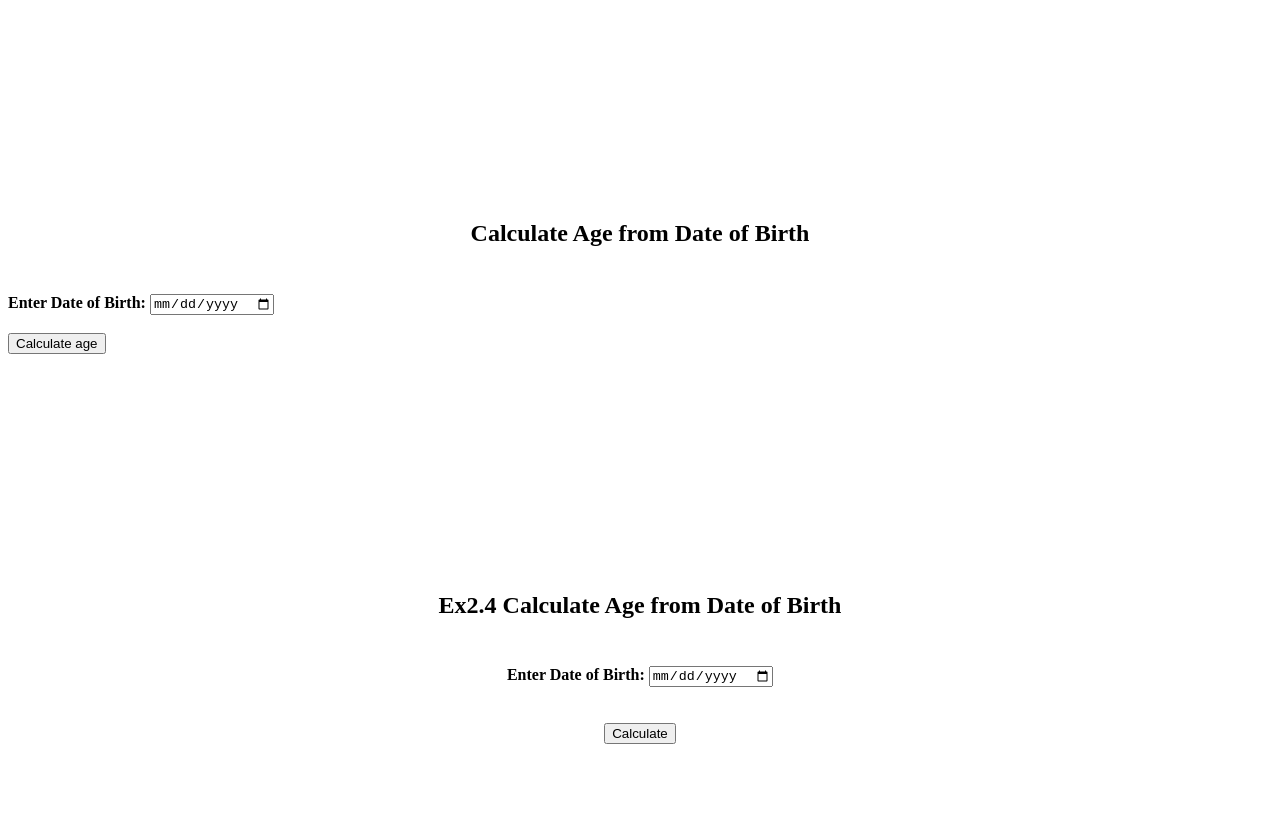
Repository: HoangDuy315/web-dev2022
Page: hw151022/ex2/ex2.4/index.html
An editor plug-in stored every save of this project. The page is shown before and after the next save, followed by the edit.
The browser window is 1280 px wide. The pictures show the whole page.

Above is the page before, as saved 2022-10-15 15:18:59.

### hw151022/ex2/ex2.4/index.html
<!DOCTYPE html>
<html lang="en">
<head>
    <meta charset="UTF-8">
    <meta http-equiv="X-UA-Compatible" content="IE=edge">
    <meta name="viewport" content="width=device-width, initial-scale=1.0">
    <link rel="stylesheet" href="./style.css">
    <title>Document</title>
<head>
    <script>
        function ageCalculator() {
            var userinput = document.getElementById("DOB").value;
            var dob = new Date(userinput);
            if(userinput==null || userinput=='') {
              document.getElementById("message").innerHTML = "**Choose a date please!";
              return false;
            } else {

            //calculate month difference from current date in time
            var month_diff = Date.now() - dob.getTime();

            //convert the calculated difference in date format
            var age_dt = new Date(month_diff);

            //extract year from date
            var year = age_dt.getUTCFullYear();

            //now calculate the age of the user
            var age = Math.abs(year - 1970);

            //display the calculated age
            return document.getElementById("result").innerHTML =
                     "Age is: " + age + " years. ";
            }
        }
        </script>
        </head>
        <body>
        <p class="form">
        <h2 style="color: 32A80F" align="center"> Calculate Age from Date of Birth <br> <br> </h2>

        <!-- Choose a date and enter in input field -->
        <b> Enter Date of Birth: <input type=date id = DOB> </b>
        <span id = "message" style="color:red"> </span> <br><br>

        <!-- Choose a date and enter in input field -->
        <button type="submit" onclick = "ageCalculator()"> Calculate age </button> <br><br>
        <h3 style="color:32A80F" id="result" align="center"></h3>
        </p>
        </body>
</head>
<body>
<div class="form">
<h2>Ex2.4 Calculate Age from Date of Birth <br> <br> </h2>

<!-- Choose a date and enter in input field -->
<b> Enter Date of Birth: <input type=date id = DOB> </b>
<span id = "message" style="color:red"> </span> <br><br>

<!-- Choose a date and enter in input field -->
<button type="submit" onclick = "ageCalculator()"> Calculate </button> <br><br>
<h3></h3>
</div>
</body>
</html>

### hw151022/ex2/ex2.4/style.css
.form {
  display: flex;
  align-items: center;
  justify-content: center;
  flex-direction: column;
  margin-top: 200px;
}

After the next save:
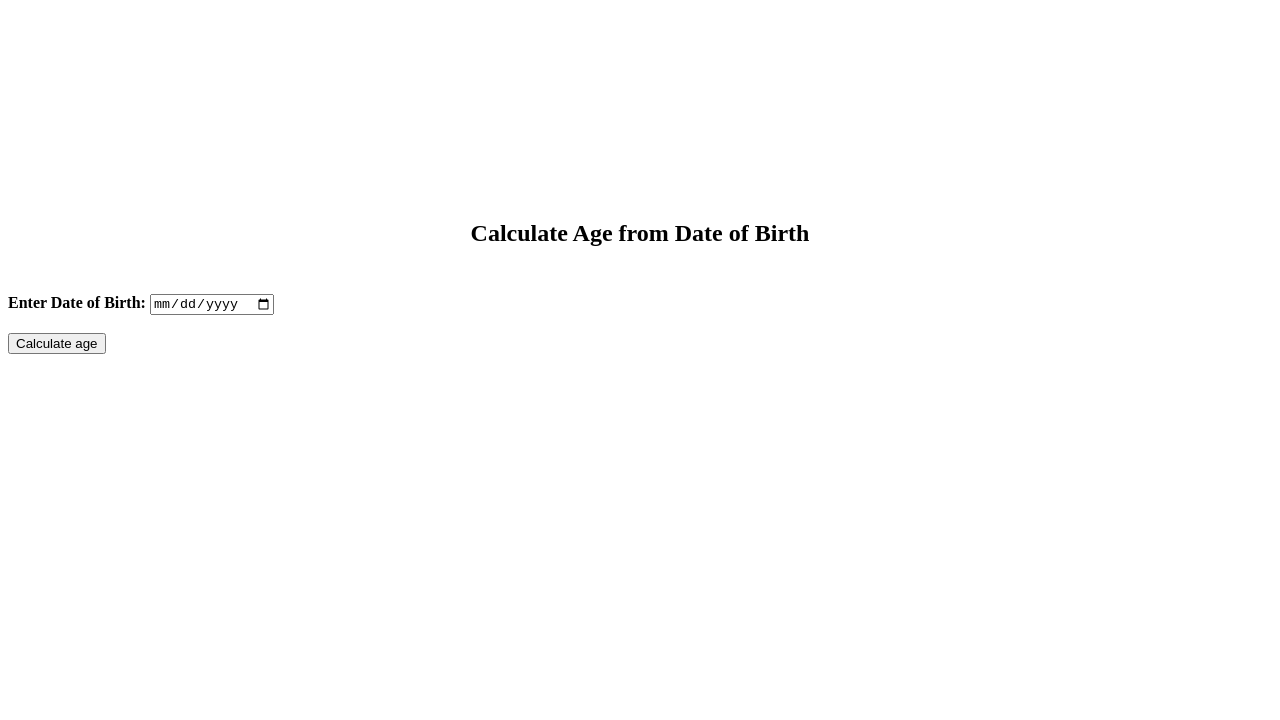
Saved 15 s later.
--- a/hw151022/ex2/ex2.4/index.html
+++ b/hw151022/ex2/ex2.4/index.html
@@ -49,17 +49,5 @@
         </p>
         </body>
 </head>
-<body>
-<div class="form">
-<h2>Ex2.4 Calculate Age from Date of Birth <br> <br> </h2>
 
-<!-- Choose a date and enter in input field -->
-<b> Enter Date of Birth: <input type=date id = DOB> </b>
-<span id = "message" style="color:red"> </span> <br><br>
-
-<!-- Choose a date and enter in input field -->
-<button type="submit" onclick = "ageCalculator()"> Calculate </button> <br><br>
-<h3></h3>
-</div>
-</body>
 </html>
